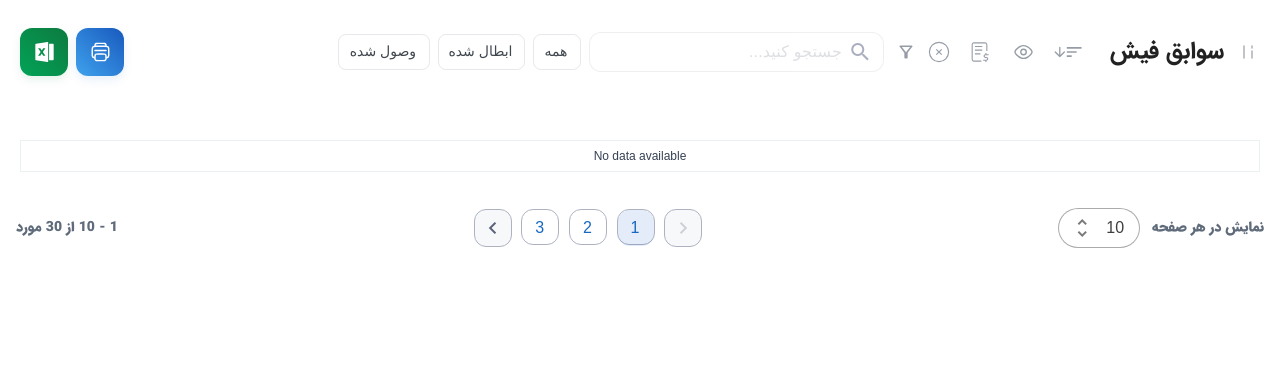
Repository: mobinazarein/data-table
Page: /
The author's editor kept a copy of each file at every save. The page is drawn from the files as they stood at one save, then again after a run of saves.
The browser window is 1280 px wide. The pictures show the whole page.
Some web fonts or font styles are not loaded; a fallback is used. The project was rebuilt for these pictures with package versions that can differ from the ones it lists, and the page was loaded fresh each time. Also part of the build but not shown: vue.config.js.

Above is the page before, as saved 2025-03-26 09:55:47.

### public/index.html
<!DOCTYPE html>
<html lang="en" dir="rtl">
  <head>
    <meta charset="utf-8">
    <meta http-equiv="X-UA-Compatible" content="IE=edge">
    <meta name="viewport" content="width=device-width,initial-scale=1.0">
    <link rel="icon" href="<%= BASE_URL %>favicon.ico">
    <title><%= htmlWebpackPlugin.options.title %></title>
  </head>
  <body>
    <noscript>
      <strong>We're sorry but <%= htmlWebpackPlugin.options.title %> doesn't
        work properly without JavaScript enabled. Please enable it to
        continue.</strong>
    </noscript>
    <div id="app"></div>
    <!-- built files will be auto injected -->
  </body>
</html>

### src/App.vue
<template>
  <v-app dir="rtl">
    <v-locale-provider :rtl="true">
      <div dir="rtl">
        <DataTable :showExportButtons="true" :itemsPerPage="20" :showSearchBtn="true" :items-per-page="10"
          :customStyles="[
            { key: 'row', bgColor: '#FFEEF0', textColor: '#DC3545' },
            { key: 'documentNumber', bgColor: '#E4EFFF', textColor: '#013075', icon: 'mdi-eye', iconColor: '#013075', iconSize: '18px' },
            { key: 'receiptType', bgColor: '#FFBE4C26', textColor: '#FFBE4C' }
          ]" />
      </div>
    </v-locale-provider>
  </v-app>
</template>

<script>
import DataTable from './components/DataTable.vue';
export default {
  name: 'App',

  components: {
    DataTable,
  },

  data: () => ({
    //
  }),
}
</script>
<style>
body {
  font-family: "IRANSans", sans-serif;
}
</style>

### src/assets/base.scss
// @import "./styles/fonts";

*,
*::before,
*::after {
  box-sizing: border-box;
  margin: 0;
  font-weight: normal;
  font-family: "IRANSans", sans-serif;
  letter-spacing: 0;
}

body {
  font-family: "IRANSans", sans-serif !important;
}
h1,
h2 {
  font-family: "IRANSans", sans-serif;
  font-weight: 700;
}
p {
  font-family: "IRANSans", sans-serif;
  font-weight: 400;
}

### src/assets/styles/_fonts.scss
@font-face {
  font-family: "IRANSans";
  src: url("/public/fonts/IRANSans.woff2") format("woff2");
  font-weight: 400;
  font-style: normal;
  font-display: swap;
}

@font-face {
  font-family: "IRANSans";
  src: url("/public/fonts/IRANSans_Black.woff2") format("woff2");
  font-weight: 500;
  font-style: normal;
  font-display: swap;
}

@font-face {
  font-family: "IRANSans";
  src: url("/public/fonts/IRANSans_Bold.woff2") format("woff2");
  font-weight: 800;
  font-style: normal;
  font-display: swap;
}

### src/assets/Icons/PauseIcon.vue
<template>
    <svg width="24" height="24" viewBox="0 0 24 24" fill="none" xmlns="http://www.w3.org/2000/svg">
        <path d="M8 6V18M16 6V8M16 18V11" stroke="#ADB0B4" stroke-width="1.5" stroke-linecap="round"
            stroke-linejoin="round" />
    </svg>
</template>

### src/assets/Icons/PaginationIcon.vue
<template>
    <svg width="36" height="48" viewBox="0 0 36 48" fill="none" xmlns="http://www.w3.org/2000/svg">
<path d="M9.79481 19.4529V28.5469M9.79481 28.5469L14.3418 23.9999M9.79481 28.5469L5.2478 23.9999" stroke="#969CA6" stroke-width="1.29915" stroke-linecap="round" stroke-linejoin="round"/>
<path d="M16.7693 28.9231H21.6924V27.282H16.7693V28.9231ZM16.7693 19.0769V20.7179H31.5385V19.0769H16.7693ZM16.7693 24.8205H26.6154V23.1795H16.7693V24.8205Z" fill="#969CA6"/>
</svg>
</template>

### src/assets/Icons/EyeIcon.vue
<template>
    <svg width="37" height="48" viewBox="0 0 37 48" fill="none" xmlns="http://www.w3.org/2000/svg">
<path d="M18.5 17.5833C21.4713 17.5833 24.0781 19.7396 25.7446 21.5522C26.4843 22.3568 26.8542 22.7591 26.979 23.5925C27.0096 23.7966 27.0096 24.2033 26.979 24.4073C26.8542 25.2407 26.4843 25.643 25.7446 26.4477C24.0781 28.2603 21.4713 30.4166 18.5 30.4166C15.5288 30.4166 12.922 28.2603 11.2555 26.4477C10.5158 25.643 10.1459 25.2407 10.0211 24.4073C9.99049 24.2033 9.99049 23.7966 10.0211 23.5925C10.1459 22.7591 10.5158 22.3568 11.2555 21.5522C12.922 19.7396 15.5288 17.5833 18.5 17.5833Z" stroke="#969CA6" stroke-width="1.375" stroke-linejoin="round"/>
<path d="M21.25 24C21.25 25.5188 20.0188 26.75 18.5 26.75C16.9812 26.75 15.75 25.5188 15.75 24C15.75 22.4812 16.9812 21.25 18.5 21.25C20.0188 21.25 21.25 22.4812 21.25 24Z" stroke="#969CA6" stroke-width="1.375" stroke-linejoin="round"/>
</svg>
</template>

### src/assets/Icons/InvoiceIcon.vue
<template>
    <svg width="35" height="48" viewBox="0 0 35 48" fill="none" xmlns="http://www.w3.org/2000/svg">
<path d="M26.6666 26.1999H23.9166V27.2999H26.6666V26.1999ZM23.9166 26.1999H23.4583V27.2999H23.9166V26.1999ZM23.4583 30.0499H24.375V28.9499H23.4583V30.0499ZM24.375 31.6999H23.9166V32.7999H24.375V31.6999ZM23.9166 31.6999H21.1666V32.7999H23.9166V31.6999ZM25.2 30.8749C25.2 31.3306 24.8306 31.6999 24.375 31.6999V32.7999C25.4381 32.7999 26.3 31.9381 26.3 30.8749H25.2ZM24.375 30.0499C24.8306 30.0499 25.2 30.4193 25.2 30.8749H26.3C26.3 29.8118 25.4381 28.9499 24.375 28.9499V30.0499ZM21.5333 28.1249C21.5333 29.1881 22.3951 30.0499 23.4583 30.0499V28.9499C23.0027 28.9499 22.6333 28.5806 22.6333 28.1249H21.5333ZM23.4583 26.1999C22.3951 26.1999 21.5333 27.0618 21.5333 28.1249H22.6333C22.6333 27.6693 23.0027 27.2999 23.4583 27.2999V26.1999ZM24.4666 26.7499V24.9166H23.3666V26.7499H24.4666ZM23.3666 32.2499V34.0833H24.4666V32.2499H23.3666ZM13.8333 15.3833H21.1666V14.2833H13.8333V15.3833ZM19.3333 32.6166H13.8333V33.7166H19.3333V32.6166ZM10.7166 29.4999V18.4999H9.61663V29.4999H10.7166ZM13.8333 32.6166C12.9535 32.6166 12.349 32.6154 11.8949 32.5544C11.4567 32.4954 11.2418 32.39 11.0925 32.2407L10.3147 33.0185C10.7024 33.4062 11.1881 33.5692 11.7483 33.6446C12.2928 33.7178 12.9846 33.7166 13.8333 33.7166V32.6166ZM9.61663 29.4999C9.61663 30.3486 9.61546 31.0405 9.68865 31.5849C9.76397 32.1451 9.92698 32.6308 10.3147 33.0185L11.0925 32.2407C10.9432 32.0914 10.8378 31.8766 10.7788 31.4383C10.7178 30.9842 10.7166 30.3797 10.7166 29.4999H9.61663ZM21.1666 15.3833C22.0464 15.3833 22.6509 15.3844 23.105 15.4455C23.5433 15.5044 23.7582 15.6099 23.9074 15.7591L24.6852 14.9813C24.2975 14.5936 23.8118 14.4306 23.2516 14.3553C22.7072 14.2821 22.0153 14.2833 21.1666 14.2833V15.3833ZM25.3833 18.4999C25.3833 17.6512 25.3845 16.9594 25.3113 16.415C25.2359 15.8547 25.0729 15.369 24.6852 14.9813L23.9074 15.7591C24.0567 15.9084 24.1622 16.1233 24.2211 16.5615C24.2821 17.0156 24.2833 17.6201 24.2833 18.4999H25.3833ZM13.8333 14.2833C12.9846 14.2833 12.2928 14.2821 11.7483 14.3553C11.1881 14.4306 10.7024 14.5936 10.3147 14.9813L11.0925 15.7591C11.2418 15.6099 11.4567 15.5044 11.8949 15.4455C12.349 15.3844 12.9535 15.3833 13.8333 15.3833V14.2833ZM10.7166 18.4999C10.7166 17.6201 10.7178 17.0156 10.7788 16.5615C10.8378 16.1233 10.9432 15.9084 11.0925 15.7591L10.3147 14.9813C9.92698 15.369 9.76397 15.8547 9.68865 16.415C9.61546 16.9594 9.61663 17.6512 9.61663 18.4999H10.7166ZM24.2833 18.4999V23.0833H25.3833V18.4999H24.2833ZM12.9166 19.0499H20.25V17.9499H12.9166V19.0499ZM12.9166 22.7166H20.25V21.6166H12.9166V22.7166ZM12.9166 26.3833H18.4166V25.2833H12.9166V26.3833Z" fill="#969CA6"/>
</svg>
</template>

### src/assets/Icons/CircleCross.vue
<template>
    <svg width="22" height="22" viewBox="0 0 21 20" fill="none" xmlns="http://www.w3.org/2000/svg">
        <path
            d="M7.90736 7.40719L13.0928 12.5926M13.0927 7.40719L7.90726 12.5926M19.6667 9.99992C19.6667 15.0625 15.5627 19.1666 10.5 19.1666C5.43743 19.1666 1.33337 15.0625 1.33337 9.99992C1.33337 4.93731 5.43743 0.833252 10.5 0.833252C15.5627 0.833252 19.6667 4.93731 19.6667 9.99992Z"
            stroke="#969CA6" stroke-width="1.1" />
    </svg>
</template>

### src/assets/Icons/FilterIcon.vue
<template>
    <svg width="20" height="20" viewBox="0 0 20 20" fill="none" xmlns="http://www.w3.org/2000/svg">
<path d="M5.90159 5.07682H14.1067L9.99595 10.246L5.90159 5.07682ZM3.64518 4.75682C5.30262 6.88194 8.36313 10.8204 8.36313 10.8204V15.7435C8.36313 16.1948 8.73236 16.564 9.18364 16.564H10.8247C11.276 16.564 11.6452 16.1948 11.6452 15.7435V10.8204C11.6452 10.8204 14.6975 6.88194 16.3549 4.75682C16.7734 4.21528 16.3877 3.43579 15.7067 3.43579H4.29339C3.61236 3.43579 3.22672 4.21528 3.64518 4.75682Z" fill="#969CA6"/>
</svg>
</template>

### src/assets/Icons/PrinterIcon.vue
<template>
    <svg
      width="23"
      height="24"
      viewBox="0 0 23 24"
      fill="none"
      xmlns="http://www.w3.org/2000/svg"
      :style="{ color: iconColor }"
    >
      <path
        d="M6 10.5641H17M6 17.7447V17.7447C5.66891 17.7447 5.50337 17.7447 5.36418 17.7283C4.26359 17.599 3.39569 16.7311 3.26636 15.6305C3.25 15.4913 3.25 15.3257 3.25 14.9947V10.5641C3.25 8.76909 3.25 7.87158 3.70712 7.24241C3.85475 7.03921 4.03345 6.86052 4.23664 6.71289C4.86582 6.25577 5.76332 6.25577 7.55833 6.25577H15.4417C17.2367 6.25577 18.1342 6.25577 18.7634 6.71289C18.9666 6.86052 19.1452 7.03921 19.2929 7.24241C19.75 7.87158 19.75 8.76909 19.75 10.5641V14.9947C19.75 15.3257 19.75 15.4913 19.7336 15.6305C19.6043 16.7311 18.7364 17.599 17.6358 17.7283C17.4966 17.7447 17.3311 17.7447 17 17.7447V17.7447M6 17.7447V17.7447C6 18.6368 6 19.0829 6.14576 19.4348C6.3401 19.904 6.71286 20.2768 7.18205 20.4711C7.53393 20.6169 7.98003 20.6169 8.87222 20.6169H14.1278C15.02 20.6169 15.4661 20.6169 15.818 20.4711C16.2871 20.2768 16.6599 19.904 16.8542 19.4348C17 19.0829 17 18.6368 17 17.7447V17.7447M6 17.7447V17.3617C6 15.9257 6 15.2077 6.3657 14.7043C6.4838 14.5418 6.62676 14.3988 6.78931 14.2807C7.29265 13.915 8.01066 13.915 9.44667 13.915H13.5533C14.9893 13.915 15.7073 13.915 16.2107 14.2807C16.3732 14.3988 16.5162 14.5418 16.6343 14.7043C17 15.2077 17 15.9257 17 17.3617V17.7447M17 6.25577V6.25577C17 5.36358 17 4.91748 16.8542 4.56559C16.6599 4.09641 16.2871 3.72364 15.818 3.5293C15.4661 3.38354 15.02 3.38354 14.1278 3.38354H8.87222C7.98003 3.38354 7.53393 3.38354 7.18205 3.5293C6.71286 3.72364 6.3401 4.09641 6.14576 4.56559C6 4.91748 6 5.36358 6 6.25577V6.25577H17Z"
        stroke="currentColor"
        stroke-width="1.43611"
        stroke-linecap="round"
        stroke-linejoin="round"
      />
    </svg>
  </template>

  <script setup>
  import { defineProps } from 'vue';

  defineProps({
    iconColor: {
      type: String,
      default: 'white',
    },
  });
  </script>

### src/assets/Icons/ExcelIcon.vue
<template>
    <svg
      width="23"
      height="22"
      viewBox="0 0 23 22"
      fill="none"
      xmlns="http://www.w3.org/2000/svg"
      :style="{ color: iconColor }"
    >
      <g clip-path="url(#clip0_397_6997)">
        <path
          d="M3.12085 2.63712L14.6434 0.991705C14.7084 0.982376 14.7747 0.987136 14.8377 1.00566C14.9007 1.02419 14.959 1.05604 15.0087 1.09908C15.0583 1.14211 15.0981 1.19531 15.1254 1.25507C15.1527 1.31483 15.1668 1.37976 15.1668 1.44546V20.5543C15.1668 20.6199 15.1527 20.6847 15.1254 20.7444C15.0982 20.8041 15.0585 20.8573 15.009 20.9003C14.9594 20.9433 14.9012 20.9752 14.8383 20.9938C14.7754 21.0124 14.7092 21.0172 14.6443 21.008L3.11994 19.3626C2.90142 19.3315 2.70147 19.2226 2.55682 19.0559C2.41216 18.8892 2.33252 18.6758 2.33252 18.4551V3.54462C2.33252 3.3239 2.41216 3.11059 2.55682 2.94388C2.70147 2.77716 2.90234 2.66824 3.12085 2.63712ZM16.0834 2.74987H19.7501C19.9932 2.74987 20.2264 2.84645 20.3983 3.01836C20.5702 3.19027 20.6668 3.42342 20.6668 3.66654V18.3332C20.6668 18.5763 20.5702 18.8095 20.3983 18.9814C20.2264 19.1533 19.9932 19.2499 19.7501 19.2499H16.0834V2.74987ZM9.8501 10.9999L12.4168 7.33321H10.2168L8.7501 9.42871L7.28344 7.33321H5.08344L7.6501 10.9999L5.08344 14.6665H7.28344L8.7501 12.571L10.2168 14.6665H12.4168L9.8501 10.9999Z"
          fill="currentColor"
        />
      </g>
      <defs>
        <clipPath id="clip0_397_6997">
          <rect width="22" height="22" fill="white" transform="translate(0.5)" />
        </clipPath>
      </defs>
    </svg>
  </template>

  <script setup>
  import { defineProps } from 'vue';

  defineProps({
    iconColor: {
      type: String,
      default: 'white',
    },
  });
  </script>

Loaded but not shown: src/plugins/vuetify.js (17 lines, source omitted); src/main.js (9 lines, source omitted); src/components/DataTable.vue (424 lines, source omitted)

After the next 3 saves:
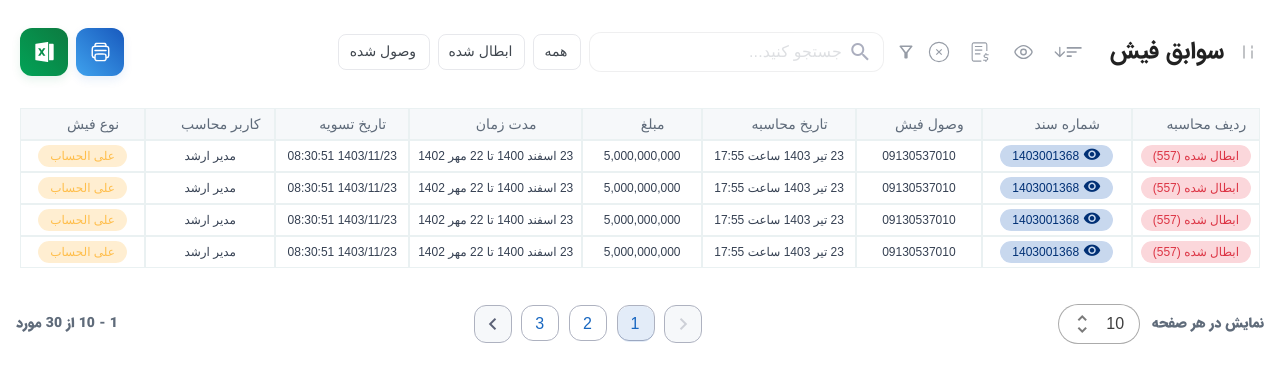
The 3 saves are shown as one change because 2 did not build or start.
The last was saved 88 s later.
--- a/src/App.vue
+++ b/src/App.vue
@@ -2,8 +2,8 @@
   <v-app dir="rtl">
     <v-locale-provider :rtl="true">
       <div dir="rtl">
-        <DataTable :showExportButtons="true" :itemsPerPage="20" :showSearchBtn="true" :items-per-page="10"
-          :customStyles="[
+        <DataTable :headers="pageData.headers" :items="pageData.items" :showExportButtons="true" :itemsPerPage="20"
+          :showSearchBtn="true" :items-per-page="10" :customStyles="[
             { key: 'row', bgColor: '#FFEEF0', textColor: '#DC3545' },
             { key: 'documentNumber', bgColor: '#E4EFFF', textColor: '#013075', icon: 'mdi-eye', iconColor: '#013075', iconSize: '18px' },
             { key: 'receiptType', bgColor: '#FFBE4C26', textColor: '#FFBE4C' }
@@ -13,19 +13,67 @@
   </v-app>
 </template>
 
-<script>
+<script setup>
 import DataTable from './components/DataTable.vue';
-export default {
-  name: 'App',
-
-  components: {
-    DataTable,
-  },
-
-  data: () => ({
-    //
-  }),
-}
+import { ref } from 'vue';
+const pageData = ref({
+  headers: [
+    { title: 'ردیف محاسبه', key: 'row', align: 'center', sortable: true, width: '121px' },
+    { title: 'شماره سند', key: 'documentNumber', align: 'center', sortable: true, width: '165px' },
+    { title: 'وصول فیش', key: 'receiptStatus', align: 'center', sortable: true, width: '139px' },
+    { title: 'تاریخ محاسبه', key: 'calculationDate', align: 'center', sortable: true, width: '159px' },
+    { title: 'مبلغ', key: 'amount', align: 'center', sortable: true, width: '139px' },
+    { title: 'مدت زمان', key: 'duration', align: 'center', sortable: true, width: '165px' },
+    { title: 'تاریخ تسویه', key: 'settlementDate', align: 'center', sortable: true, width: '139px' },
+    { title: 'کاربر محاسب', key: 'user', align: 'center', sortable: true, width: '139px' },
+    { title: 'نوع فیش', key: 'receiptType', align: 'center', sortable: true, width: '139px' }
+  ],
+  items: [
+    {
+      row: 'ابطال شده (557)',
+      documentNumber: '1403001368',
+      receiptStatus: '09130537010',
+      calculationDate: '23 تیر 1403 ساعت 17:55',
+      amount: '5,000,000,000',
+      duration: '23 اسفند 1400 تا 22 مهر 1402',
+      settlementDate: '1403/11/23 08:30:51',
+      user: 'مدیر ارشد',
+      receiptType: 'علی الحساب'
+    },
+    {
+      row: 'ابطال شده (557)',
+      documentNumber: '1403001368',
+      receiptStatus: '09130537010',
+      calculationDate: '23 تیر 1403 ساعت 17:55',
+      amount: '5,000,000,000',
+      duration: '23 اسفند 1400 تا 22 مهر 1402',
+      settlementDate: '1403/11/23 08:30:51',
+      user: 'مدیر ارشد',
+      receiptType: 'علی الحساب'
+    },
+    {
+      row: 'ابطال شده (557)',
+      documentNumber: '1403001368',
+      receiptStatus: '09130537010',
+      calculationDate: '23 تیر 1403 ساعت 17:55',
+      amount: '5,000,000,000',
+      duration: '23 اسفند 1400 تا 22 مهر 1402',
+      settlementDate: '1403/11/23 08:30:51',
+      user: 'مدیر ارشد',
+      receiptType: 'علی الحساب'
+    }, {
+      row: 'ابطال شده (557)',
+      documentNumber: '1403001368',
+      receiptStatus: '09130537010',
+      calculationDate: '23 تیر 1403 ساعت 17:55',
+      amount: '5,000,000,000',
+      duration: '23 اسفند 1400 تا 22 مهر 1402',
+      settlementDate: '1403/11/23 08:30:51',
+      user: 'مدیر ارشد',
+      receiptType: 'علی الحساب'
+    }
+  ]
+}).value;
 </script>
 <style>
 body {
